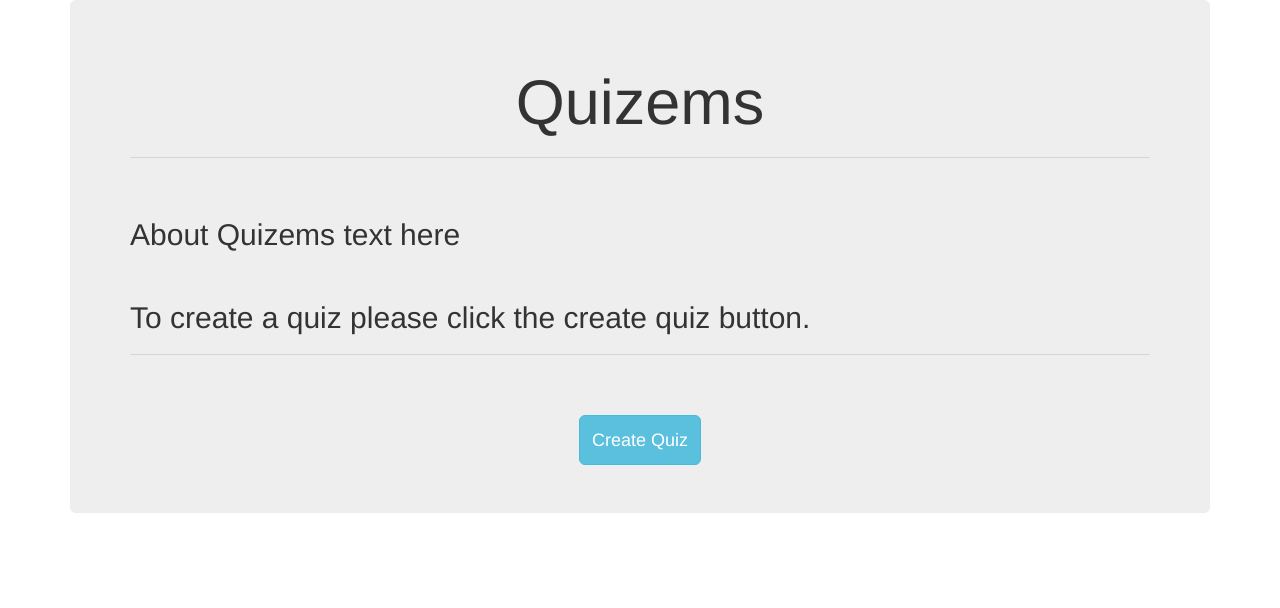
Repository: phillipdacosta/QuizemsNew
Page: /
The author's editor kept a copy of each file at every save. The page is drawn from the files as they stood at one save, then again after the next save.
The browser window is 1280 px wide. The pictures show the whole page.
Some web libraries are served in a nearby version. The project was rebuilt for these pictures with package versions that can differ from the ones it lists, and the page was loaded fresh each time. Also part of the build but not shown: angular.json, src/app/professor/professor.component.ts, src/app/data.service.ts, src/app/question.model.ts, src/app/quiz/quiz.component.ts, src/app/student/student.component.ts, src/app/questions/questions.component.ts, src/app/question-display/question-display.component.ts and 1 more.

Above is the page before, as saved 2019-06-30 16:18:15.

### src/index.html
<!doctype html>
<html>
<head>
  <meta charset="utf-8">
  <title>Angular Bootstrap Demo</title>
  <base href="/">
  <meta name="viewport" content="width=device-width, initial-scale=1">
  <link rel="icon" type="image/x-icon" href="favicon.ico">
  <link rel="stylesheet" href="https://maxcdn.bootstrapcdn.com/bootstrap/3.3.7/css/bootstrap.min.css" integrity="sha384-BVYiiSIFeK1dGmJRAkycuHAHRg32OmUcww7on3RYdg4Va+PmSTsz/K68vbdEjh4u" crossorigin="anonymous">
</head>
<body>
  <app-root>Loading...</app-root>
  <script src="https://code.jquery.com/jquery-3.1.1.min.js" integrity="sha256-hVVnYaiADRTO2PzUGmuLJr8BLUSjGIZsDYGmIJLv2b8=" crossorigin="anonymous"></script>
  <script src="https://maxcdn.bootstrapcdn.com/bootstrap/3.3.7/js/bootstrap.min.js" integrity="sha384-Tc5IQib027qvyjSMfHjOMaLkfuWVxZxUPnCJA7l2mCWNIpG9mGCD8wGNIcPD7Txa" crossorigin="anonymous"></script>
</body>
</html>

### src/app/app-routing.module.ts
import { NgModule } from '@angular/core';
import { Routes, RouterModule } from '@angular/router';
import { ProfessorComponent } from './professor/professor.component';
import { QuestionsComponent } from './questions/questions.component';
import { QuizComponent } from './quiz/quiz.component';
import { AboutComponent } from './about/about.component';

const routes: Routes = [

  {
    path: '',
    component: AboutComponent,

 } ,

  {
    path: 'home',
    component: ProfessorComponent,

 } ,


 {
  path: 'quiz',
  component: QuizComponent

}

];

@NgModule({
  imports: [RouterModule.forRoot(routes), RouterModule.forRoot(routes,{useHash:true})],
  exports: [RouterModule]
})
export class AppRoutingModule { }

### src/app/app.component.ts
import { Component } from '@angular/core';

@Component({
  selector: 'app-root',
  templateUrl: './app.component.html',
  styleUrls: ['./app.component.css']
})
export class AppComponent {
  title = 'quizems';
}

### src/app/about/about.component.ts
import { Component, OnInit } from '@angular/core';
import { Router } from '@angular/router';

@Component({
  selector: 'app-about',
  templateUrl: './about.component.html',
  styleUrls: ['./about.component.css']
})
export class AboutComponent implements OnInit {

  constructor(private router : Router) { }

  navigateToQuiz() {

    this.router.navigateByUrl('home');
  }

  ngOnInit() {
  }

}

### src/app/about/about.component.html

<div class = "container">

<div class = "jumbotron">



<h1 class = "welcomeText">

    Quizems
  </h1>

  <hr>
  <br>
  <h2>

     About Quizems text here
   </h2>

<br>

<h2>
  To create a quiz please click the create quiz button.
</h2>

<hr>
<br>

  <br>

  <div class = "col text-center">



<button type="button" class="btn btn-info btn-lg" (click) = "navigateToQuiz()">Create Quiz</button>

</div>
</div>

</div>

### src/app/about/about.component.css
.welcomeText{

    text-align: center;
}

.btn{

    padding: 12px 12px;
}

Loaded but not shown: src/styles.css (common file); src/main.ts (common file); src/app/app.module.ts (common file); src/environments/environment.ts (common file); src/app/app.component.html (common file); src/app/app.component.css (no stored copy; drawn as an empty file)

After the next save:
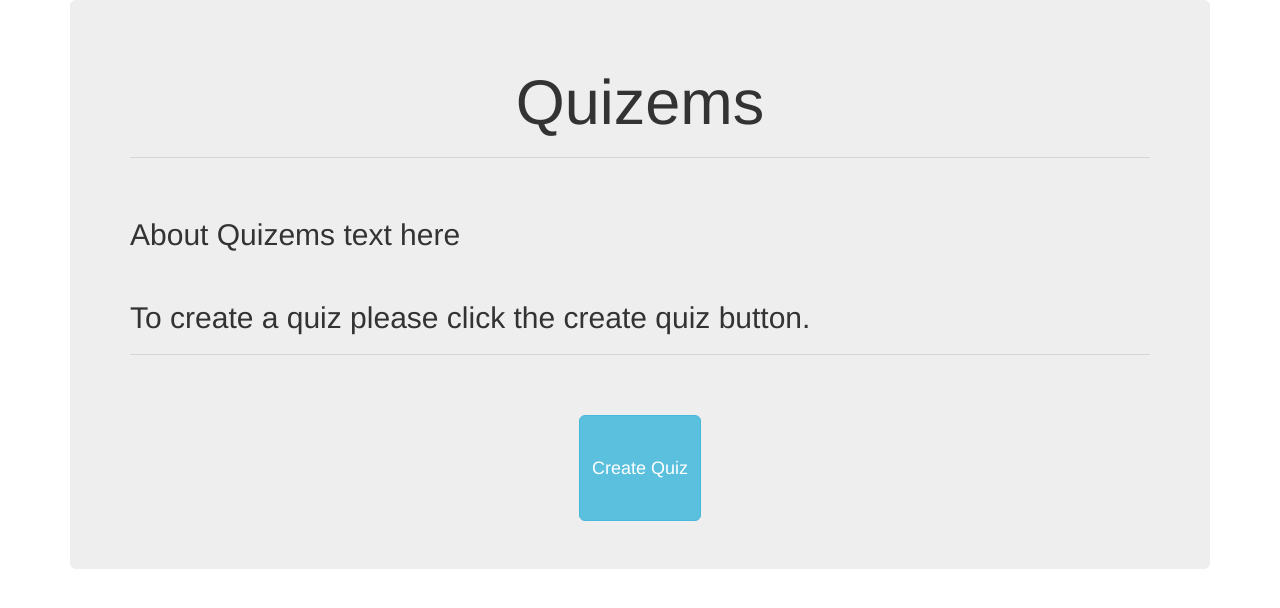
Saved 5 s later.
--- a/src/app/about/about.component.css
+++ b/src/app/about/about.component.css
@@ -5,5 +5,5 @@
 
 .btn{
 
-    padding: 12px 12px;
+    padding: 40px 12px;
 }
